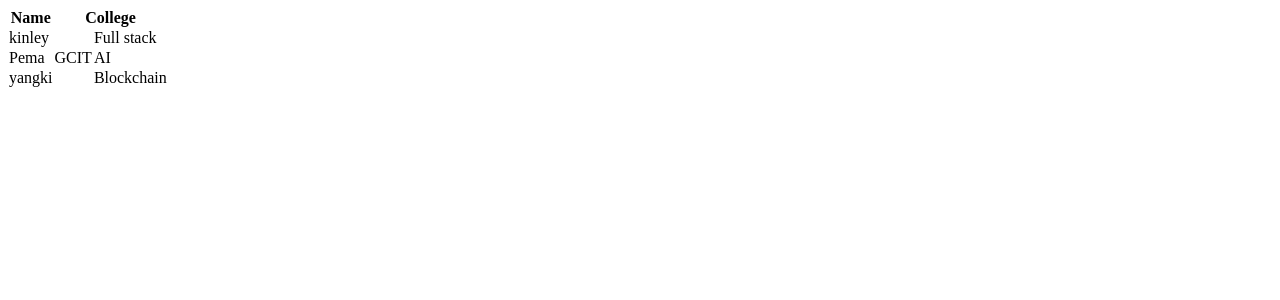
Repository: Pema-yangki/Css
Page: fed.html
These files come from the project's save history. The page is drawn as it stood at one moment and after the next save; the edit follows.
The browser window is 1280 px wide. The pictures show the whole page.

Above is the page before, as saved 2024-03-15 14:34:12.

After the next save:
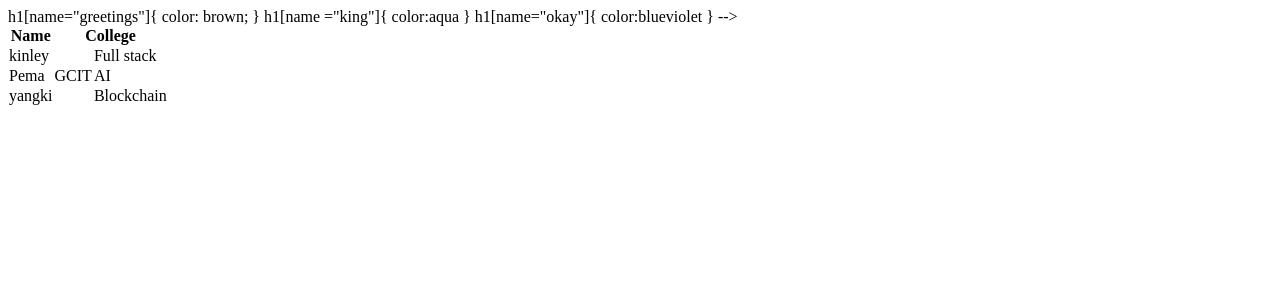
Saved 20 s later.
--- a/fed.html
+++ b/fed.html
@@ -4,6 +4,7 @@
     <meta charset="UTF-8">
     <meta name="viewport" content="width=device-width, initial-scale=1.0">
     <title>Document</title>
+    <lin
     <!-- <style>
         h1[name="greetings"]{
             color: brown;

After the 2 saves that followed:
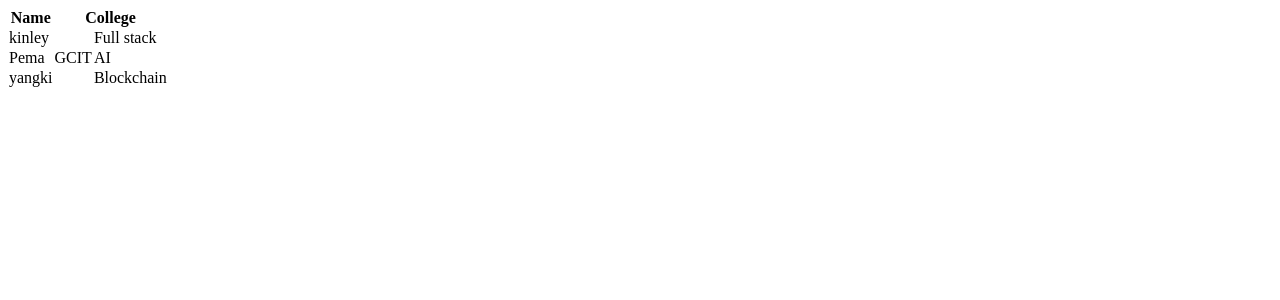
The 2 saves are shown as one change because 1 left the picture as it was.
The last was saved 8 s later.
--- a/fed.html
+++ b/fed.html
@@ -4,7 +4,7 @@
     <meta charset="UTF-8">
     <meta name="viewport" content="width=device-width, initial-scale=1.0">
     <title>Document</title>
-    <lin
+    <link>
     <!-- <style>
         h1[name="greetings"]{
             color: brown;
